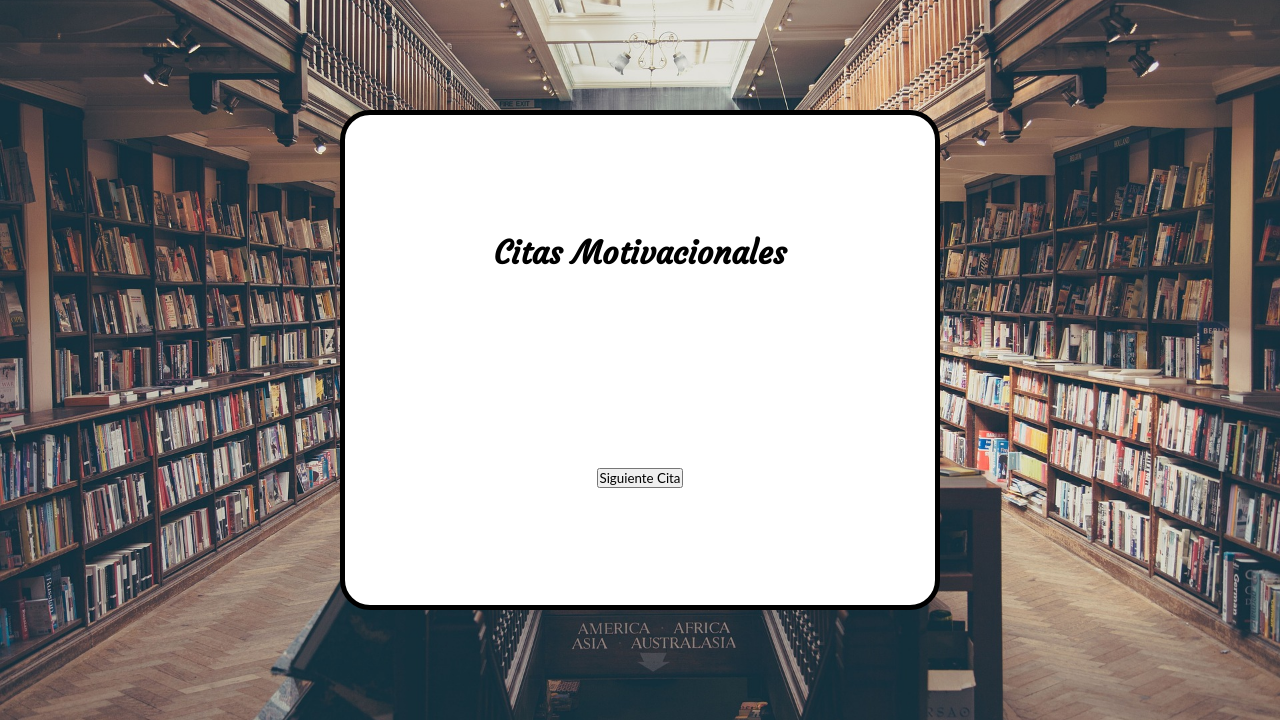
Repository: JoyMoGas/javascript-learn
Page: citas-aleatorias/index.html
An editor plug-in stored every save of this project. The page is shown before and after the next save, followed by the edit.
The browser window is 1280 px wide. The pictures show the whole page.

Above is the page before, as saved 2024-05-12 17:36:58.

After the next save:
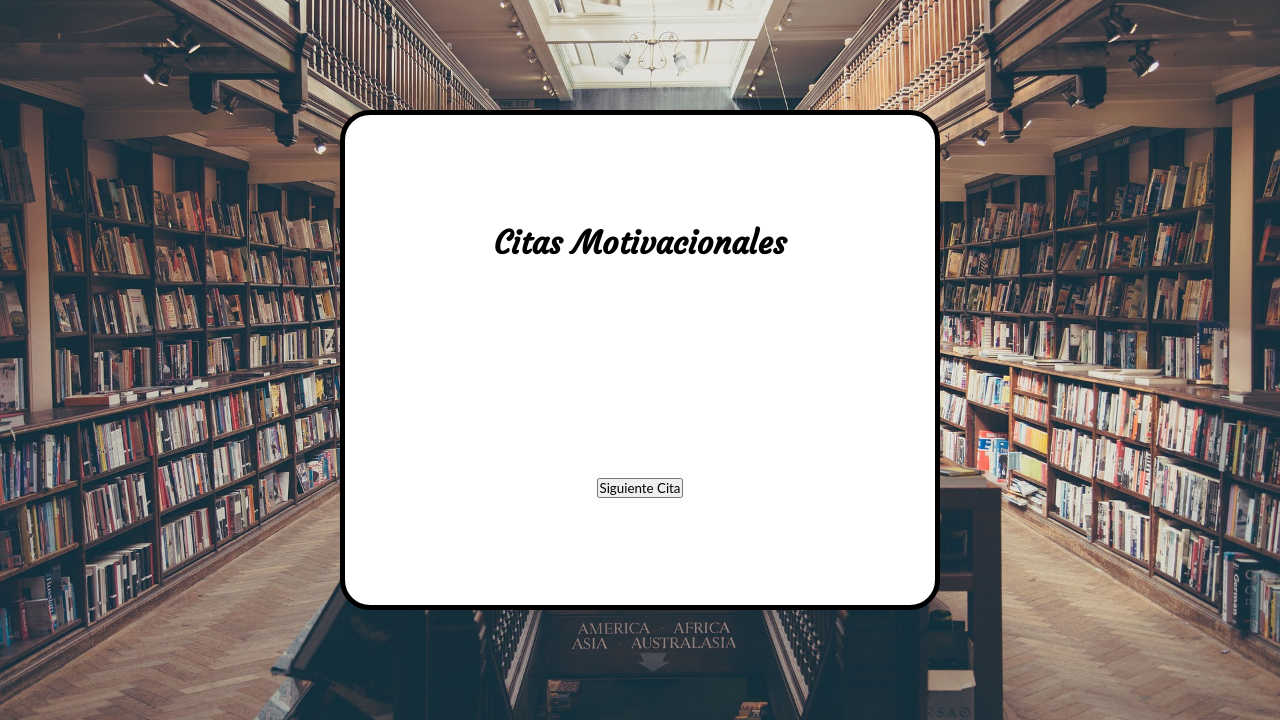
Saved 71 s later.
--- a/citas-aleatorias/styles.css
+++ b/citas-aleatorias/styles.css
@@ -57,3 +57,13 @@ border-radius: 30px;
   text-align: center;
   margin: 10px;
 }
+
+#autor {
+  width: 100%;
+  font-size: 25px;
+  display: flex;
+  align-items: center;
+  justify-content: center;
+  padding: 20px;
+  font-family: 'Courgette', cursive;
+}
